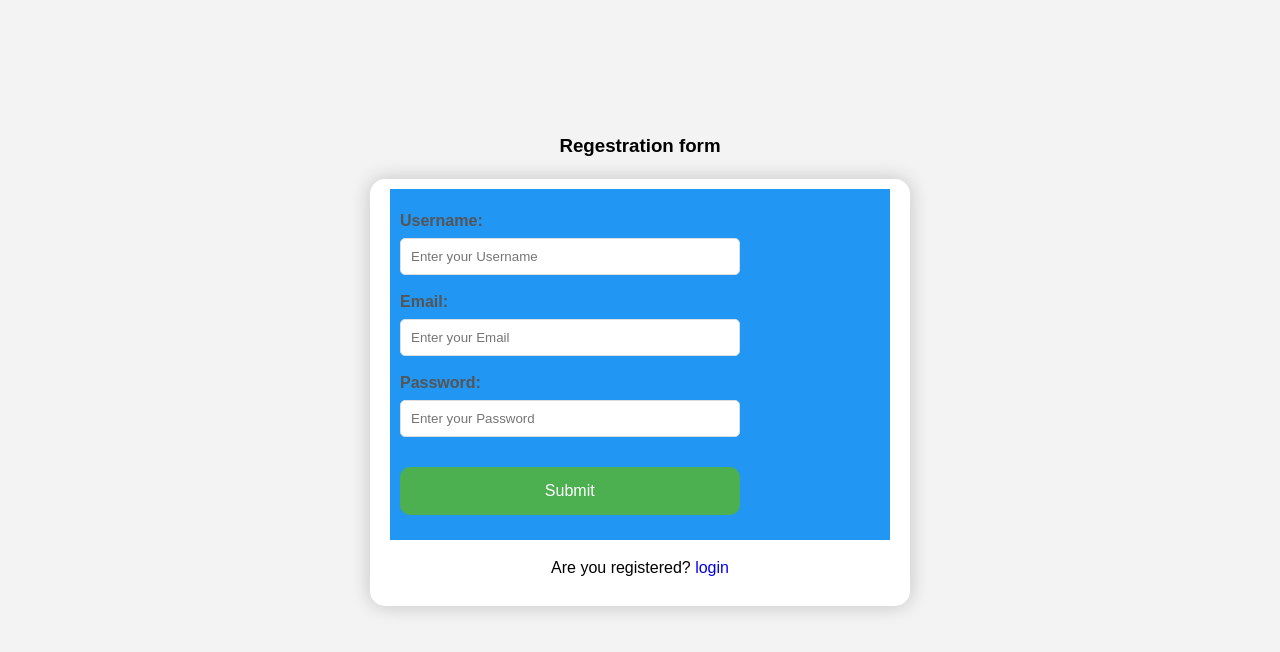
Repository: alizey12/Regestratin-Form-js
Page: regester.html
These files come from the project's save history. The page is drawn as it stood at one moment and after the next save; the edit follows.
The browser window is 1280 px wide. The pictures show the whole page.

Above is the page before, as saved 2024-11-29 13:40:43.

After the next save:
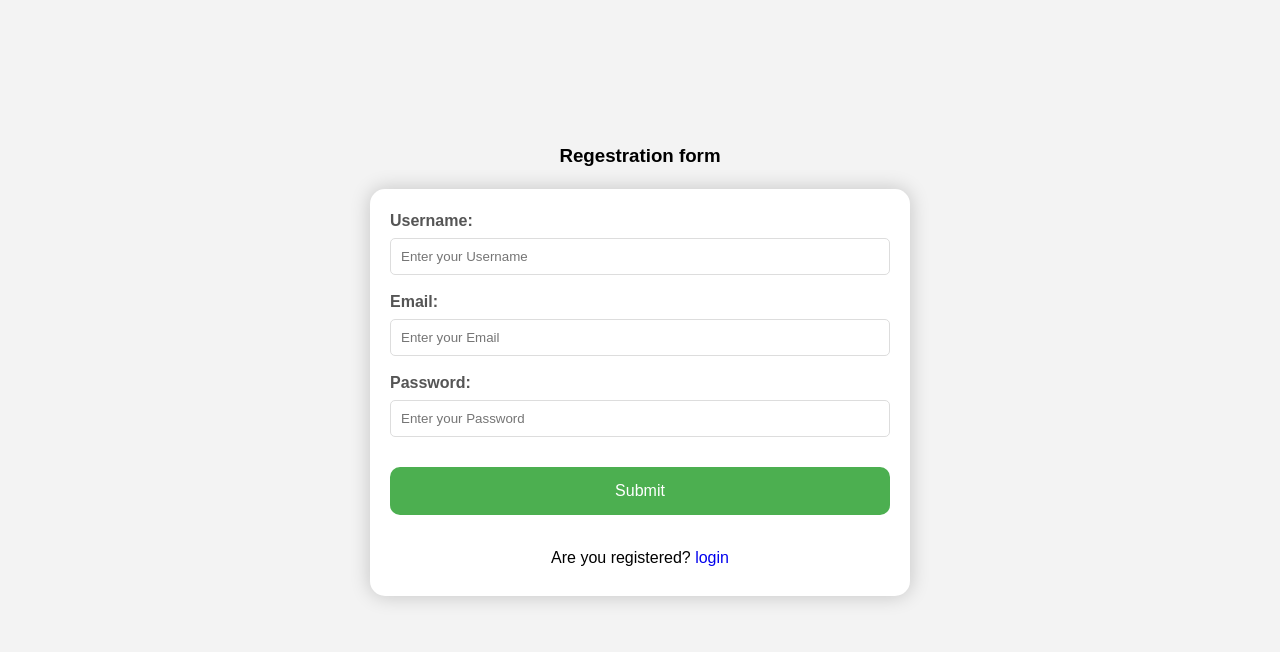
Saved 26 s later.
--- a/signin.css
+++ b/signin.css
@@ -63,10 +63,3 @@ button {
     justify-content: center;
     align-items: center;
 }
-
-.grid-container{
-    display: grid;
-    grid-template-columns: auto auto;
-    background-color: #2196F3;
-    padding: 10px;
-}
